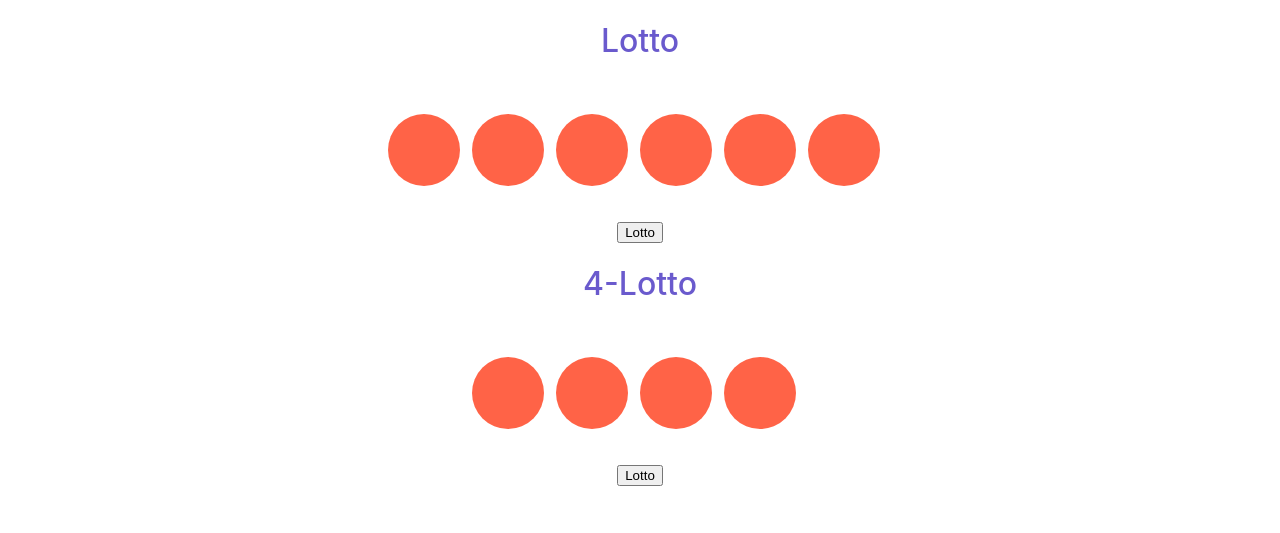
Repository: dung8466/learn-react
Page: / (app in lottery/)
An editor plug-in stored every save of this project. The page is shown before and after the next save, followed by the edit.
The browser window is 1280 px wide. The pictures show the whole page.
The project was rebuilt for these pictures with package versions that can differ from the ones it lists, and the page was loaded fresh each time.

Above is the page before, as saved 2022-09-18 21:04:19.

### lottery/src/App.js
import React, {Component} from 'react';
import './App.css';
import Lotto from './Lotto';
class App extends Component{
  render(){
    return (
      <div className="App">
        <Lotto />
        <Lotto title='4-Lotto' numBall={4} maxNum={10}/>
      </div>
    );
  }
}

export default App;

### lottery/src/Lotto.js
import React, {Component} from "react";
import './Lotto.css';
import LotteryBall from "./LotteryBall";

class Lotto extends Component{
    static defaultProps = {
        title : 'Lotto',
        numBall : 6,
        maxNum: 99
    }
    constructor(props){
        super(props);
        this.state = {nums : Array.from({length: this.props.numBall}) };
        this.generate = this.generate.bind(this);
    }
    generate(){
        this.setState(curSt => ({
            nums: curSt.nums.map(num => num = Math.floor(Math.random() * this.props.maxNum)),
        }))
    }
    render(){
        return(
            <div className="lotto">
                <h1>{this.props.title}</h1>
                <div className="ballDisplay">
                    {this.state.nums.map(b => (
                        <LotteryBall nums={b}/>
                    ))}
                </div>
                <button onClick={this.generate}>Lotto</button>
            </div>
        );
    }
}

export default Lotto;

### lottery/src/Lotto.css
.lotto{
    display: flex;
    flex-direction: column;
    justify-content: space-between;
    align-items: center;
    flex-wrap: wrap;
    gap: 2em;
}

.lotto h1{
    font-size: 2em;
    font-weight: 500;
    color: slateblue;
}

### lottery/src/LotteryBall.js
import React, {Component} from "react";
import './LotteryBall.css';

class LotteryBall extends Component{
    render(){
        return(
            <div className="ball">{this.props.nums}</div>
        );
    }
}

export default LotteryBall;

### lottery/src/LotteryBall.css
.ball{
    display: inline-block;
    background-color: tomato;
    color: white;
    border-radius: 50%;
    width: 3em;
    height: 2.25em;
    text-align: center;
    padding-top: 0.75em;
    margin-right: 0.5em;
    font-weight: bold;
    font-size: 1.5em;
}

Loaded but not shown: lottery/public/index.html (common file); lottery/src/index.js (common file); lottery/src/index.css (common file); lottery/src/reportWebVitals.js (common file); lottery/src/App.css (common file)

After the next save:
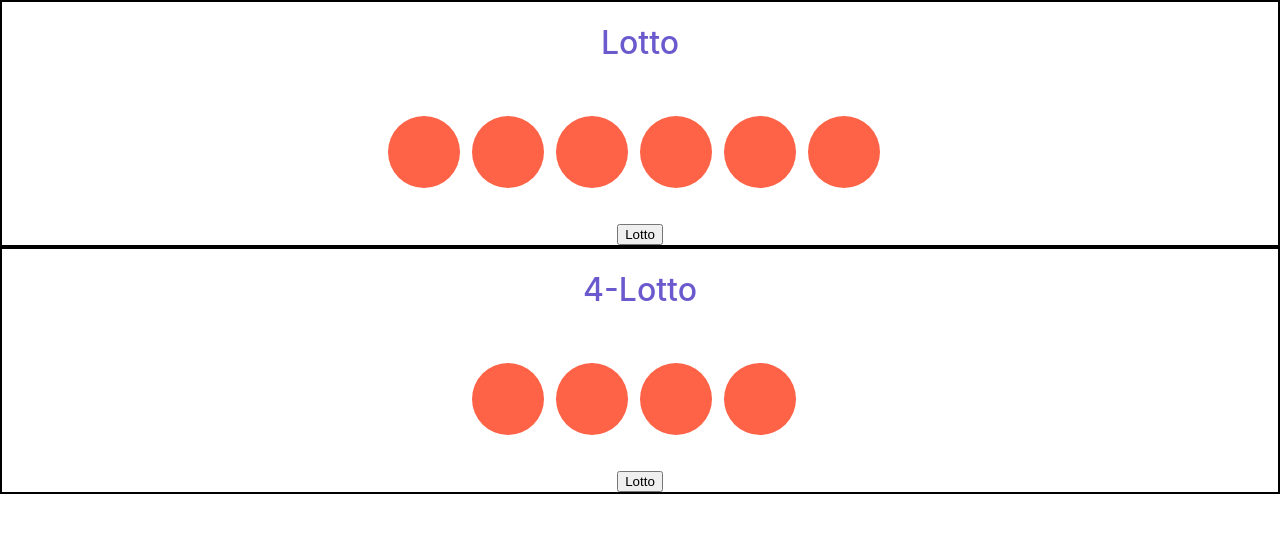
Saved 11 s later.
--- a/lottery/src/Lotto.css
+++ b/lottery/src/Lotto.css
@@ -5,6 +5,7 @@
     align-items: center;
     flex-wrap: wrap;
     gap: 2em;
+    border: 2px solid black;
 }
 
 .lotto h1{
